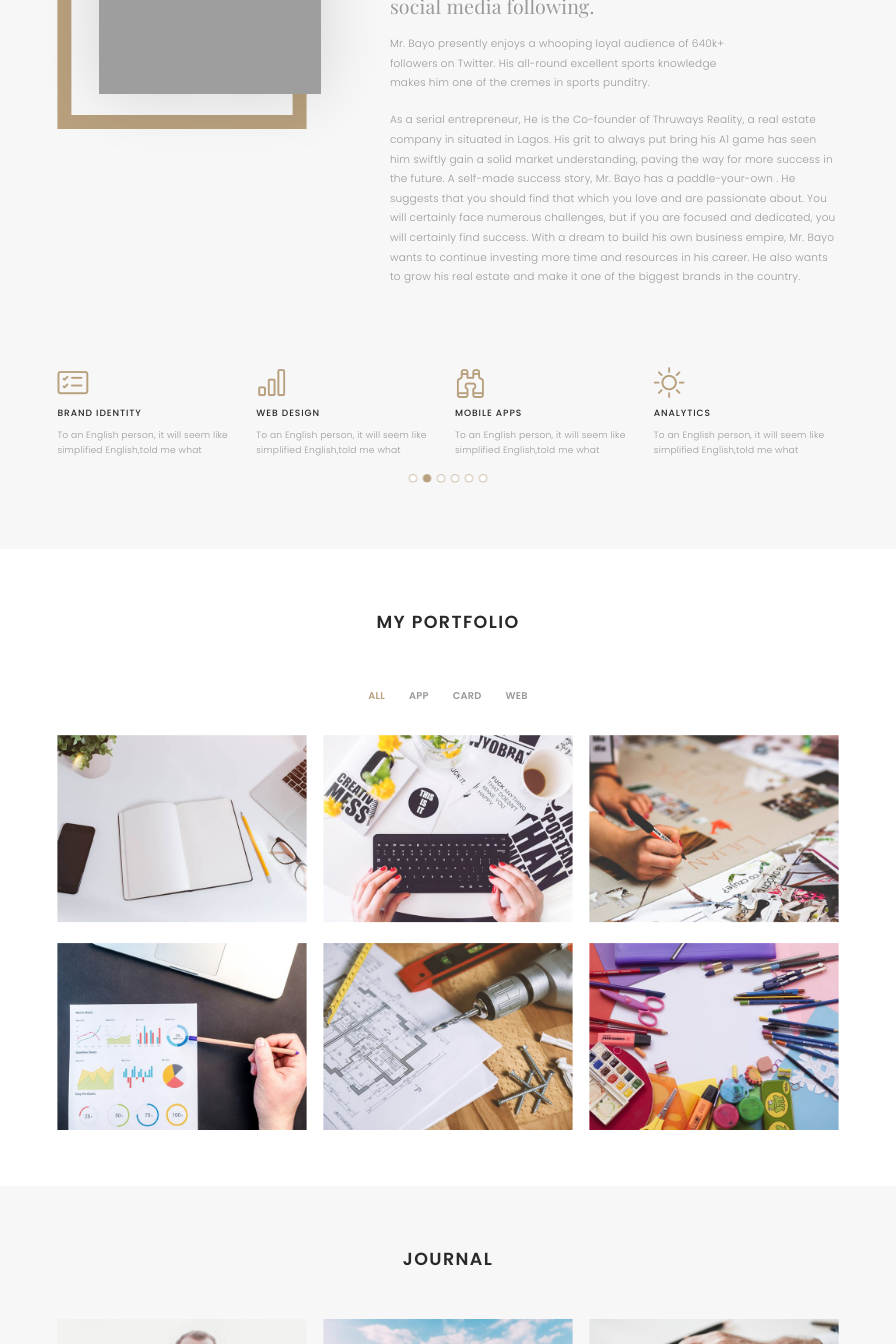
Repository: muhammedctgr/MrBayoA1
Page: index.html
An editor plug-in stored every save of this project. The page is shown before and after a run of saves, followed by the edit.
The browser window is 1280 px wide. The pictures show the part of the page from y = 1065 to 2985 px (the page is 4218 px tall before and 4246 px after), at 70% of full size.
Pictures or frames that could not be fetched are drawn as grey boxes. Some web fonts or font styles are not loaded; a fallback is used.

Above is the page before, as saved 2022-10-17 23:09:20.

After the next 2 saves:
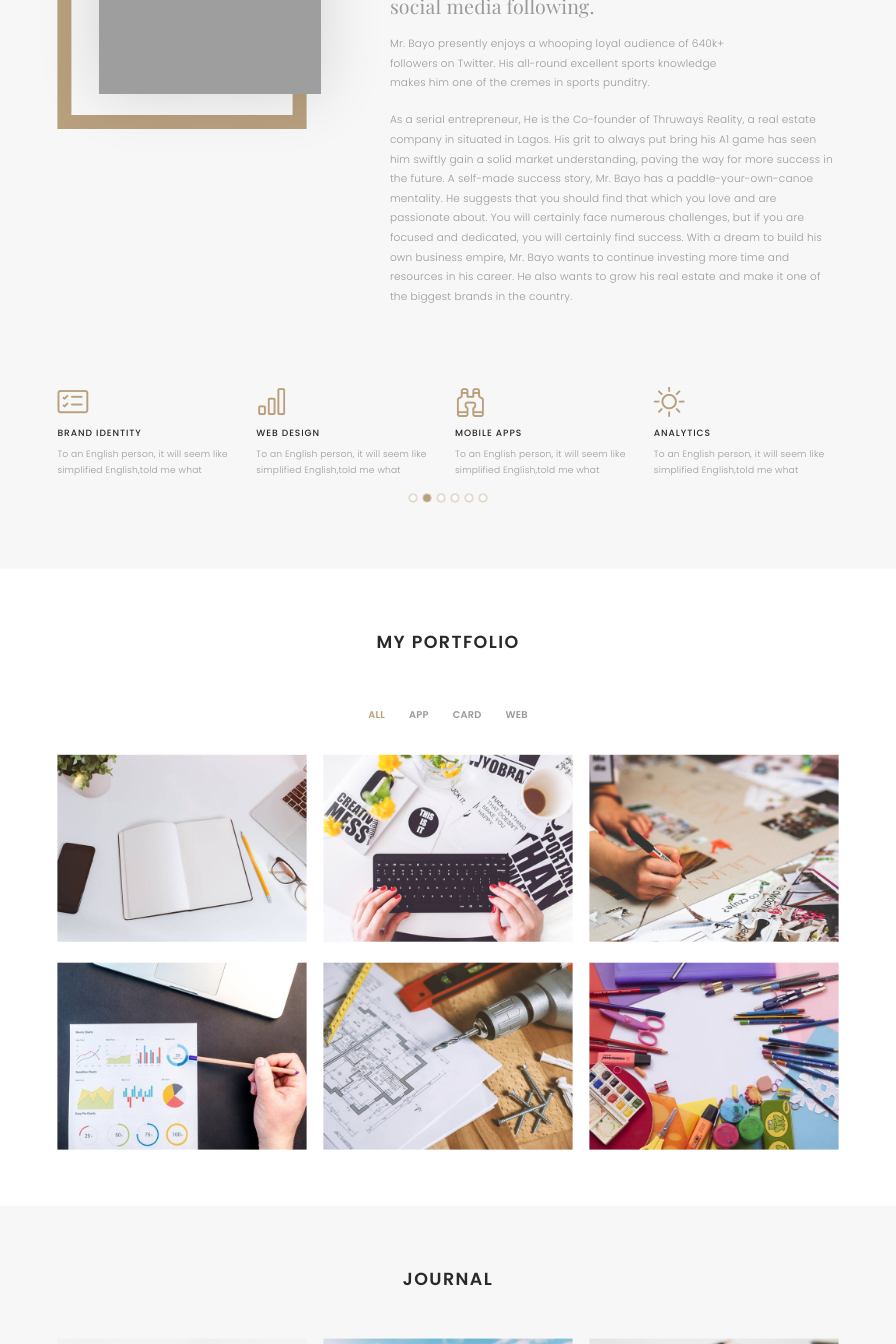
The 2 saves are shown as one change because they came seconds apart.
The last was saved 8 s later.
--- a/index.html
+++ b/index.html
@@ -116,7 +116,7 @@
               <p>
                 As a serial entrepreneur, He is the Co-founder of Thruways Reality, a real estate company in situated in Lagos. His grit to always put bring his A1 game has seen
                 him swiftly gain a solid market understanding, paving the way for more success in the future.
-                A self-made success story, Mr. Bayo has a paddle-your-own .
+                A self-made success story, Mr. Bayo has a paddle-your-own-canoe mentality.
                 He suggests that you should find that which you love and are passionate about. You will certainly face numerous challenges, but if you are focused and dedicated, you will certainly find success.
                 With a dream to build his own business empire, Mr. Bayo wants to continue investing more time and resources in his career. He also wants to grow his real estate and make it one of the biggest brands in the country.
               </p>
